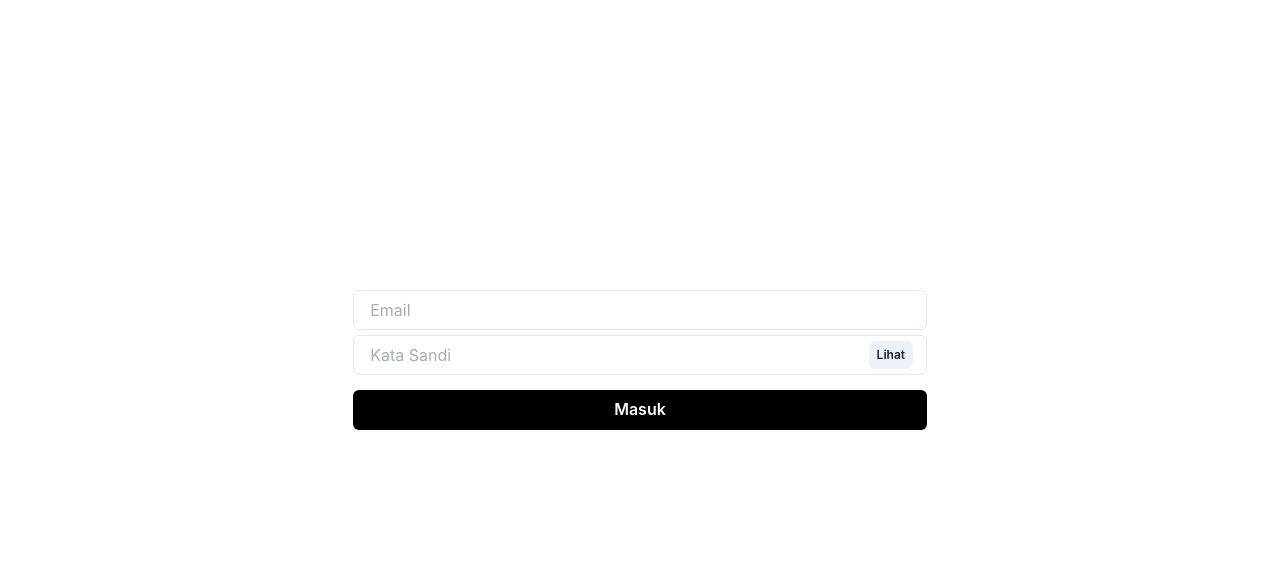
Repository: haileykwen/hanskering
Page: /
The author's editor kept a copy of each file at every save. The page is drawn from the files as they stood at one save, then again after the next save.
The browser window is 1280 px wide. The pictures show the whole page.
The project was rebuilt for these pictures with package versions that can differ from the ones it lists, and the page was loaded fresh each time. Also part of the build but not shown: src/App.css.

Above is the page before, as saved 2021-12-10 11:12:21.

After the next save:
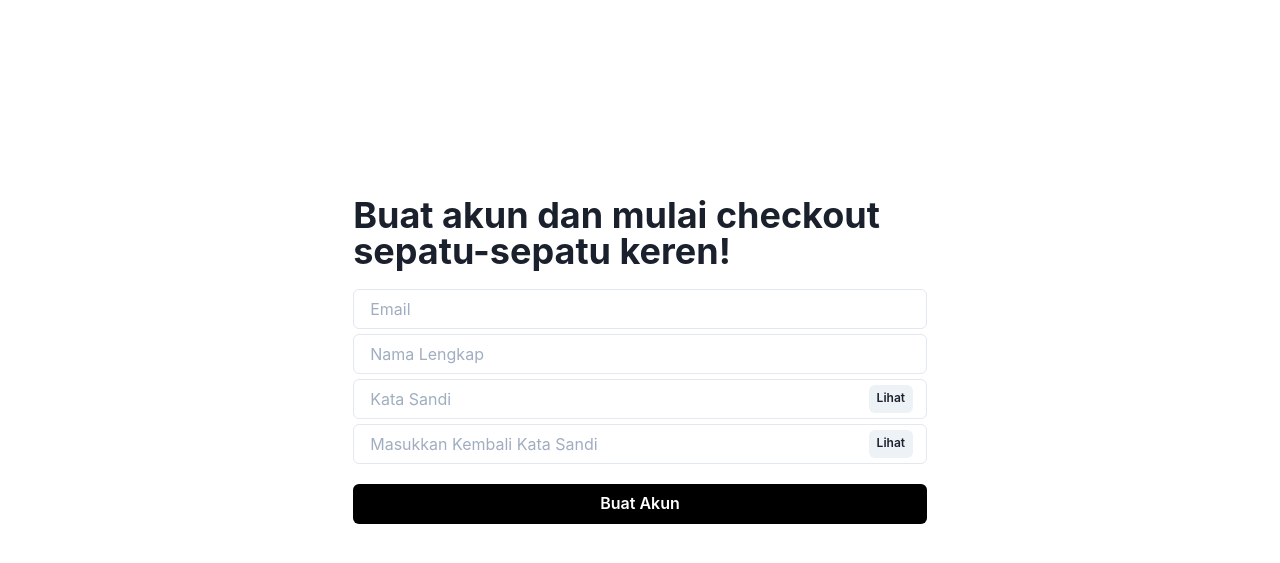
Saved 27 s later.
--- a/src/App.js
+++ b/src/App.js
@@ -3,8 +3,8 @@
 
 function App() {
   return (
-    // <Signup />
-    <Signin />
+    <Signup />
+    // <Signin />
   );
 }
 

After the 5 saves that followed:
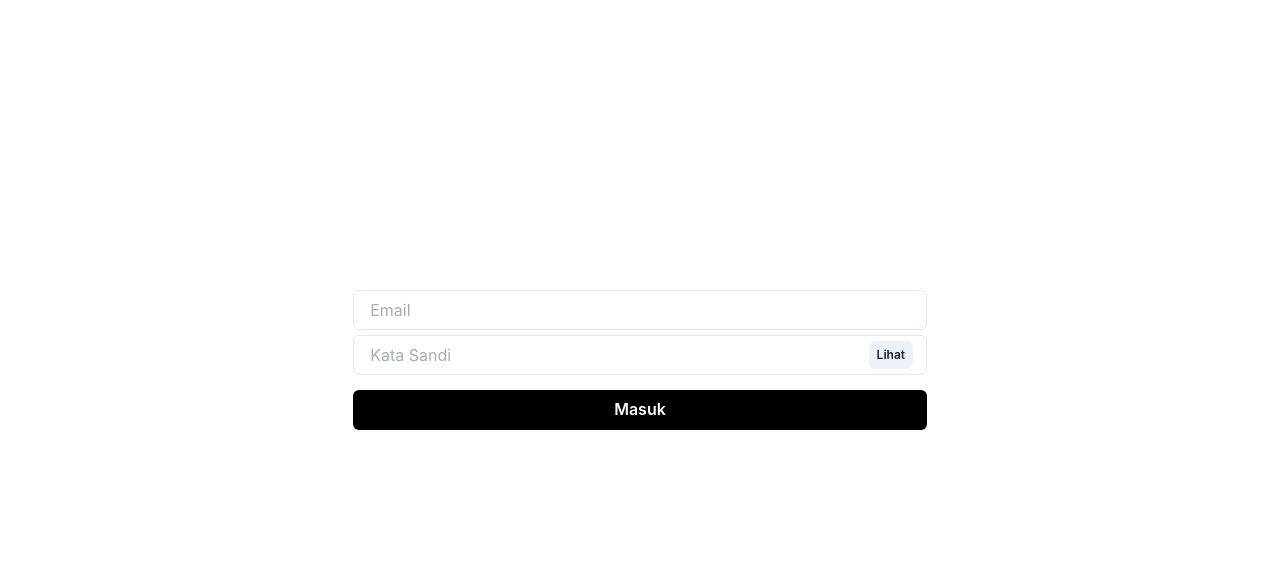
The 5 saves are shown as one change because 4 left the picture as it was.
The last was saved 2 min 26 s later.
--- a/src/App.js
+++ b/src/App.js
@@ -3,8 +3,8 @@
 
 function App() {
   return (
-    <Signup />
-    // <Signin />
+    // <Signup />
+    <Signin />
   );
 }
 
--- a/src/pages/Signup/index.js
+++ b/src/pages/Signup/index.js
@@ -15,24 +15,26 @@ const Signup = () => {
 
             <Input placeholder='Email' focusBorderColor="black" />
             <Input placeholder='Nama Lengkap' marginTop="5px" focusBorderColor="black" />
-            <InputGroup marginTop="5px" focusBorderColor="black">
+            <InputGroup marginTop="5px">
                 <Input
+                    focusBorderColor="black"
                     type={show ? 'text' : 'password'}
                     placeholder='Kata Sandi'
                 />
                 <InputRightElement width="4.5rem">
-                    <Button h='1.75rem' size='xs' onClick={handleClick} _focus={{outlineColor: "black"}}>
+                    <Button h='1.75rem' size='xs' onClick={handleClick} _focus={{outline: "none"}}>
                         {show ? 'Tutup' : 'Lihat'}
                     </Button>
                 </InputRightElement>
             </InputGroup>
-            <InputGroup marginTop="5px" focusBorderColor="black">
+            <InputGroup marginTop="5px">
                 <Input
+                    focusBorderColor="black"
                     type={show2 ? 'text' : 'password'}
                     placeholder='Masukkan Kembali Kata Sandi'
                 />
                 <InputRightElement width="4.5rem">
-                    <Button h='1.75rem' size='xs' onClick={handleClick2} _focus={{outlineColor: "black"}}>
+                    <Button h='1.75rem' size='xs' onClick={handleClick2} _focus={{outline: "none"}}>
                         {show2 ? 'Tutup' : 'Lihat'}
                     </Button>
                 </InputRightElement>
@@ -41,12 +43,13 @@ const Signup = () => {
             <Button
                 isLoading={false}
                 loadingText='Submitting'
-                colorScheme='teal'
                 marginTop="20px"
                 width="100%"
                 backgroundColor="black"
                 transition="0.3s"
+                color="white"
                 _hover={{backgroundColor: "white", color: "black", border: "2px solid black", transition: "0.3s"}}
+                _focus={{boxShadow: "none"}}
             >
                 Buat Akun
             </Button>
